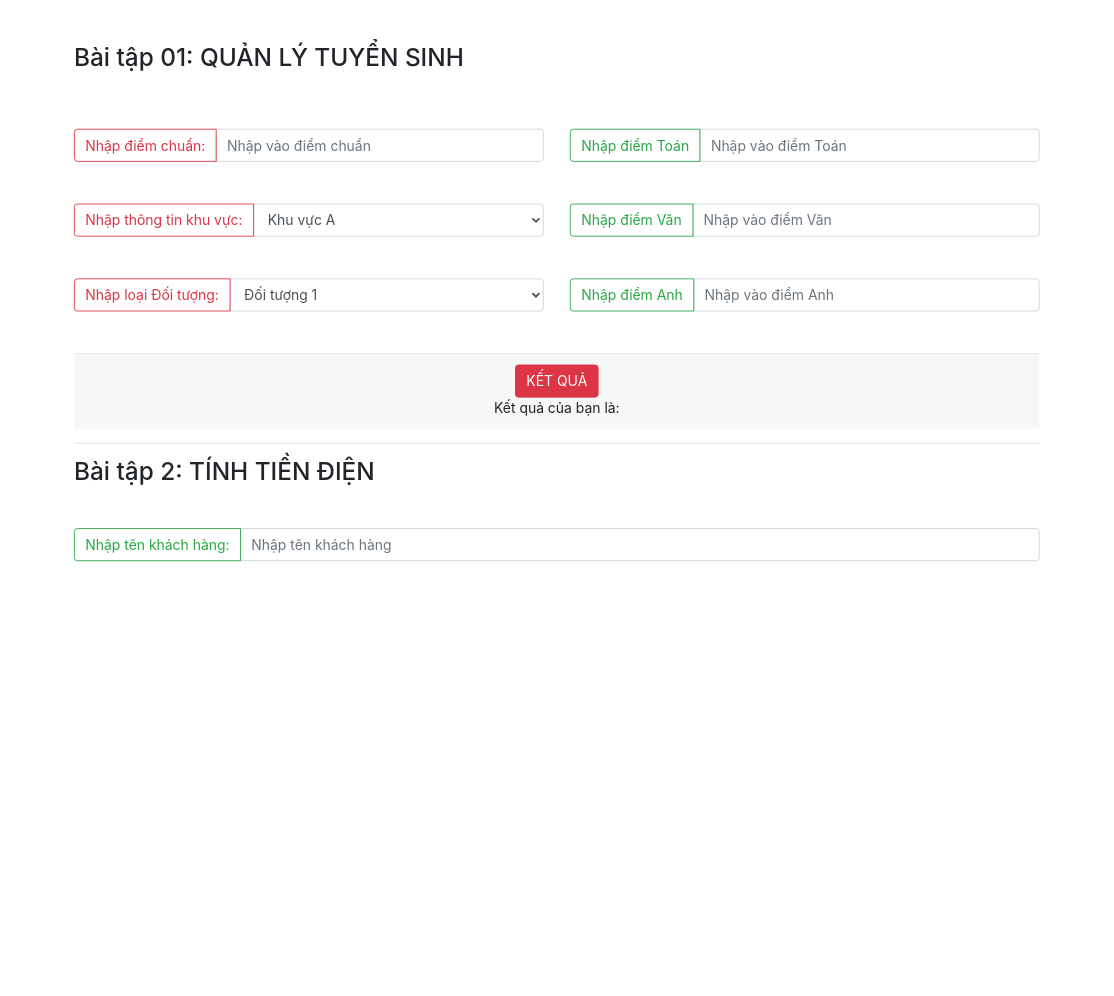
Repository: ducdatit2002/javascript-tinh-day15
Page: index.html
An editor plug-in stored every save of this project. The page is shown before and after the next save, followed by the edit.
The browser window is 1280 px wide. The pictures show the whole page, at 87% of full size.

Above is the page before, as saved 2023-08-20 19:28:27.

After the next save:
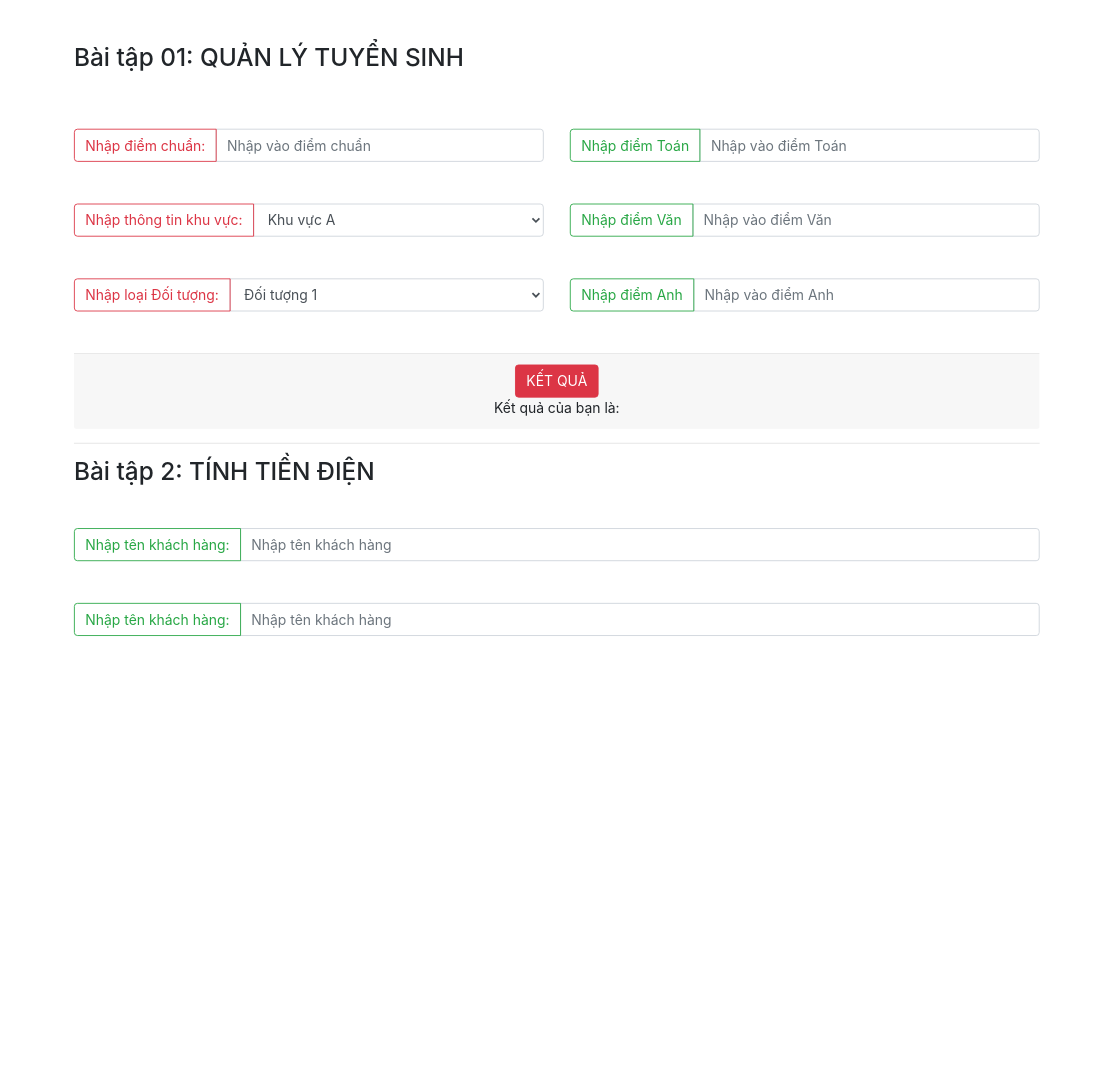
Saved 26 s later.
--- a/index.html
+++ b/index.html
@@ -111,6 +111,17 @@
                 placeholder="Nhập tên khách hàng"
               />
             </div>
+        <div class="input-group mt-5">
+              <div class="input-group-prepend">
+                <button class="btn btn-outline-success">Nhập tên khách hàng: </button>
+              </div>
+              <input
+                type="text"
+                class="form-control"
+                id="diemChuan"
+                placeholder="Nhập tên khách hàng"
+              />
+            </div>
       </div>
     </div>
     <!-- Optional JavaScript -->
